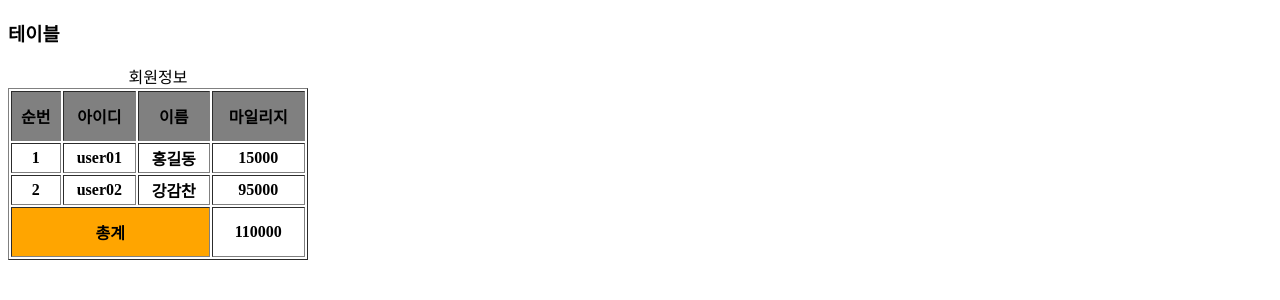
Repository: helloJunejun/WorkSpace_WebUi
Page: 0.2html_form_table/src/main/webapp/sample_table.html
An editor plug-in stored every save of this project. The page is shown before and after the next save, followed by the edit.
The browser window is 1280 px wide. The pictures show the whole page.

Above is the page before, as saved 2021-06-24 01:25:25.

### 0.2html_form_table/src/main/webapp/sample_table.html
<!DOCTYPE html PUBLIC "-//W3C//DTD HTML 4.01 Transitional//EN" "http://www.w3.org/TR/html4/loose.dtd">
<html>
<head>
<meta http-equiv="Content-Type" content="text/html; charset=UTF-8">
<title>테이블 예제</title>
</head>
<body>
<h3>테이블</h3>
<table border="1" width="300px">
	<caption>회원정보</caption>
	<tr height="50px" bgcolor="gray">
		<th>순번</th>
		<th>아이디</th>
		<th>이름</th>
		<th>마일리지</th>
	</tr>

	<tr height="30px">
		<th>1</th>
		<th>user01</th>
		<th>홍길동</th>
		<th>15000</th>
	</tr>

	<tr height="30px">
		<th>2</th>
		<th>user02</th>
		<th>강감찬</th>
		<th>95000</th>
	</tr>

	<tr height="50px">
		<th colspan="3" bgcolor="orange">총계</th>
		<th>110000</th>
	</tr>
</table>
</body>
</html>

After the next save:
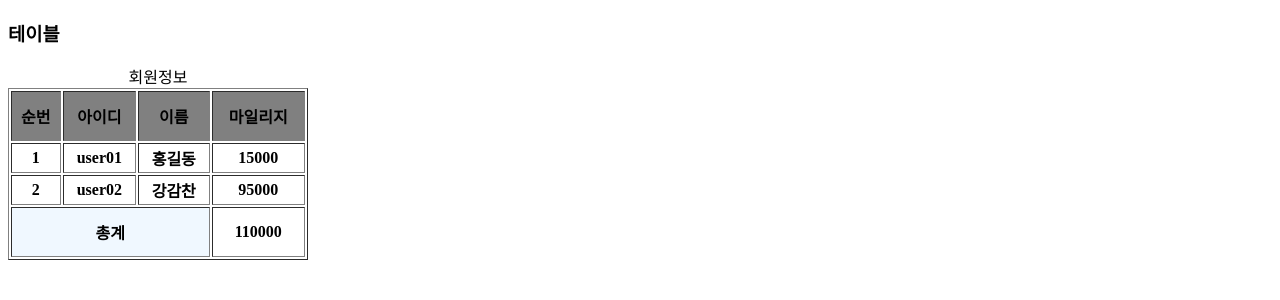
Saved 105 s later.
--- a/0.2html_form_table/src/main/webapp/sample_table.html
+++ b/0.2html_form_table/src/main/webapp/sample_table.html
@@ -30,7 +30,7 @@
 	</tr>
 
 	<tr height="50px">
-		<th colspan="3" bgcolor="orange">총계</th>
+		<th colspan="3" bgcolor="#F0F8FF">총계</th>
 		<th>110000</th>
 	</tr>
 </table>
